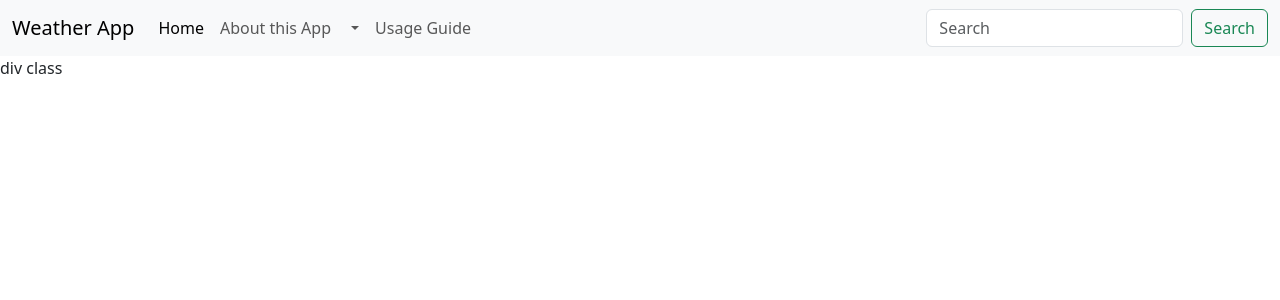
Repository: Abhilash2909/weather
Page: index.html
An editor plug-in stored every save of this project. The page is shown before and after a run of saves, followed by the edit.
The browser window is 1280 px wide. The pictures show the whole page.
The page's requests for data from a server got no answer.

Above is the page before, as saved 2024-02-10 19:56:59.

### index.html
<!doctype html>
<html lang="en">
  <head>
    <meta charset="utf-8">
    <meta name="viewport" content="width=device-width, initial-scale=1">
    <title>My Weather App</title>
    <link href="https://cdn.jsdelivr.net/npm/bootstrap@5.3.2/dist/css/bootstrap.min.css" rel="stylesheet" integrity="sha384-T3c6CoIi6uLrA9TneNEoa7RxnatzjcDSCmG1MXxSR1GAsXEV/Dwwykc2MPK8M2HN" crossorigin="anonymous">
  </head>
  <body>
    <nav class="navbar navbar-expand-lg bg-body-tertiary">
        <div class="container-fluid">
          <a class="navbar-brand" href="#">Weather App</a>
          <button class="navbar-toggler" type="button" data-bs-toggle="collapse" data-bs-target="#navbarSupportedContent" aria-controls="navbarSupportedContent" aria-expanded="false" aria-label="Toggle navigation">
            <span class="navbar-toggler-icon"></span>
          </button>
          <div class="collapse navbar-collapse" id="navbarSupportedContent">
            <ul class="navbar-nav me-auto mb-2 mb-lg-0">
              <li class="nav-item">
                <a class="nav-link active" aria-current="page" href="#">Home</a>
              </li>
              <li class="nav-item">
                <a class="nav-link" href="#">About this App</a>
              </li>
              <li class="nav-item dropdown">
                <a class="nav-link dropdown-toggle" href="#" role="button" data-bs-toggle="dropdown" aria-expanded="false">
                </a>
                <ul class="dropdown-menu">
                  <li><a class="dropdown-item" href="#">Delhi</a></li>
                  <li><a class="dropdown-item" href="#">Seattle</a></li>
                  <li><hr class="dropdown-divider"></li>
                  <li><a class="dropdown-item" href="#">Bangalore</a></li>
                </ul>
              </li>
              <li class="nav-item">
                <a class="nav-link" aria-disabled="true">Usage Guide</a>
              </li>
            </ul>
            <form class="d-flex" role="search">
              <input class="form-control me-2" type="search" placeholder="Search" aria-label="Search">
              <button class="btn btn-outline-success" type="submit">Search</button>
            </form>
          </div>
        </div>
      </nav>

      div class
    <script src="https://cdn.jsdelivr.net/npm/bootstrap@5.3.2/dist/js/bootstrap.bundle.min.js" integrity="sha384-C6RzsynM9kWDrMNeT87bh95OGNyZPhcTNXj1NW7RuBCsyN/o0jlpcV8Qyq46cDfL" crossorigin="anonymous"></script>
    <script src="script.js"></script>
</body>
</html>

### script.js
// const options = {
// method: 'GET',
// headers: {
//         'X-RapidAPI-Key': 'b45e96323fmshf5e4bc50d3b8a90p1e091djsnfb21cde4eb87',
// '       X-RapidAPI-Host': 'weather-by-api-ninjas.p.rapidapi.com'
//     }
// };

// fetch('https://weather-by-api-ninjas.p.rapidapi.com/v1/weather?city=Seattle', options)
//     .then(response => response.json())
//     .then(response => console.log(response))
//     .catch(err => console.error(err));



const options = {
    method: 'GET',
    headers: {
      'X-RapidAPI-Key': 'b45e96323fmshf5e4bc50d3b8a90p1e091djsnfb21cde4eb87',
      'X-RapidAPI-Host': 'weather-by-api-ninjas.p.rapidapi.com'
    }
  };

  fetch('https://weather-by-api-ninjas.p.rapidapi.com/v1/weather?city=Seattle', options)
    .then(response => response.json())
    .then(data => console.log(data))
    .catch(error => console.error(error));

After the next 3 saves:
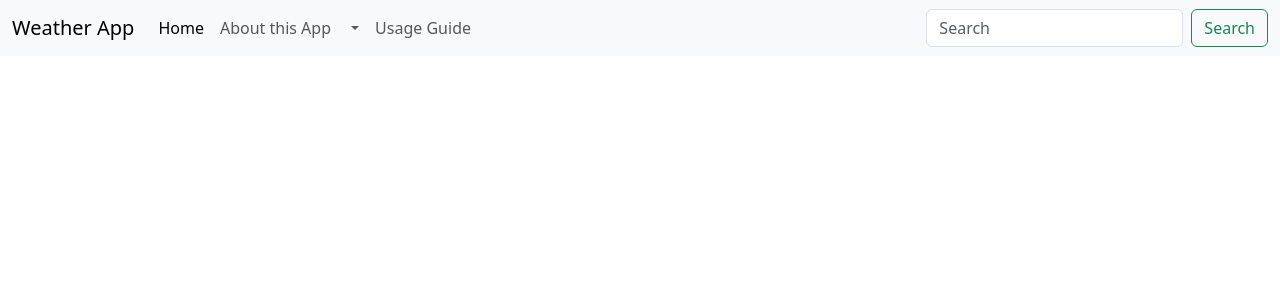
The 3 saves are shown as one change because they came seconds apart.
The last was saved 20 s later.
--- a/index.html
+++ b/index.html
@@ -43,7 +43,7 @@
         </div>
       </nav>
 
-      div class
+      <div class="container"></div>
     <script src="https://cdn.jsdelivr.net/npm/bootstrap@5.3.2/dist/js/bootstrap.bundle.min.js" integrity="sha384-C6RzsynM9kWDrMNeT87bh95OGNyZPhcTNXj1NW7RuBCsyN/o0jlpcV8Qyq46cDfL" crossorigin="anonymous"></script>
     <script src="script.js"></script>
 </body>
